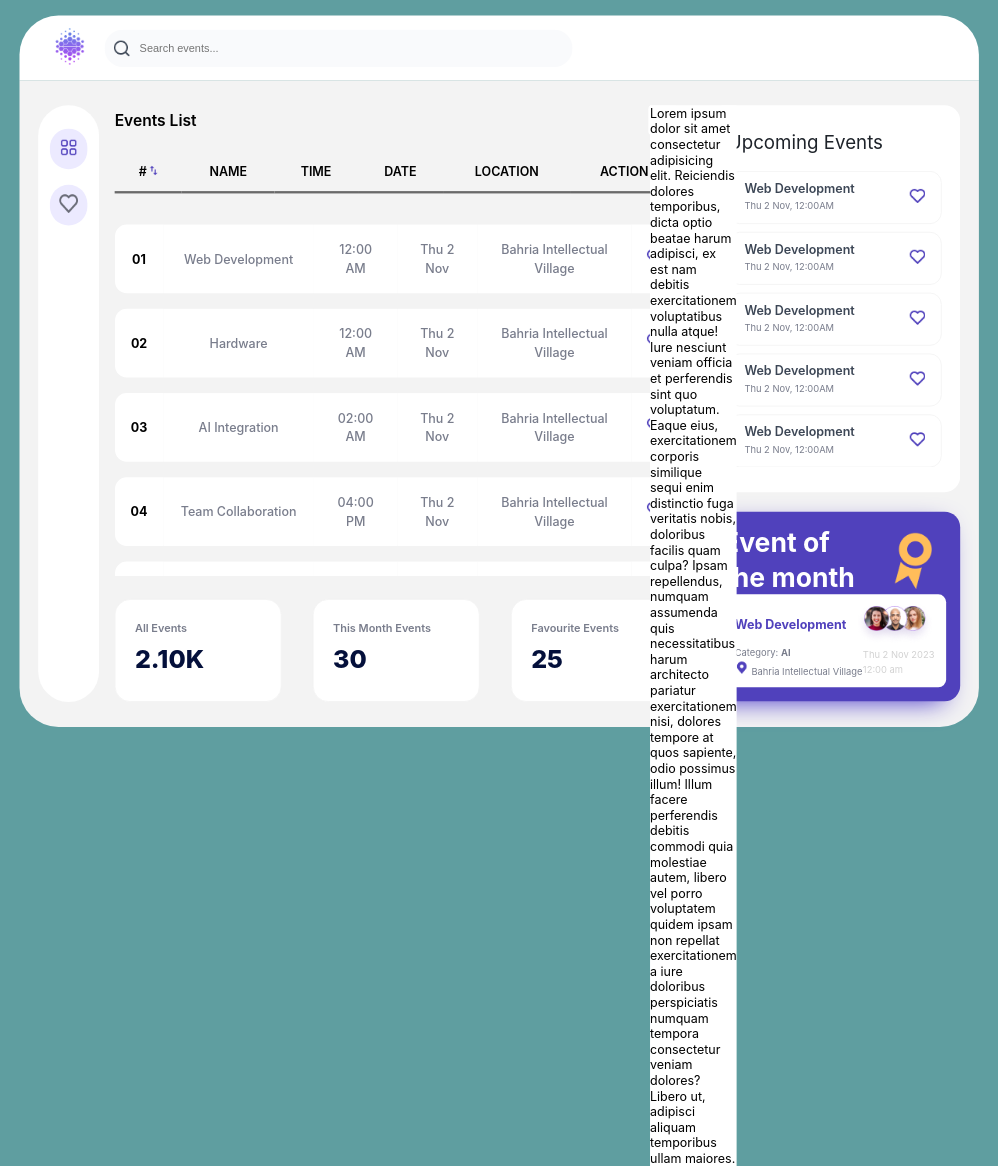
Repository: ahmadunitedsol710/react-dashboard
Page: /, after clicking the first element matching `tr.body_row`
The author's editor kept a copy of each file at every save. The page is drawn from the files as they stood at one save, then again after a run of saves.
The browser window is 1280 px wide. The pictures show the whole page, at 78% of full size.
An inner scrolling area shows only its first screen. The project was rebuilt for these pictures with package versions that can differ from the ones it lists, and the page was loaded fresh each time.

Above is the page before, as saved 2024-08-01 17:11:31.

After the next 2 saves:
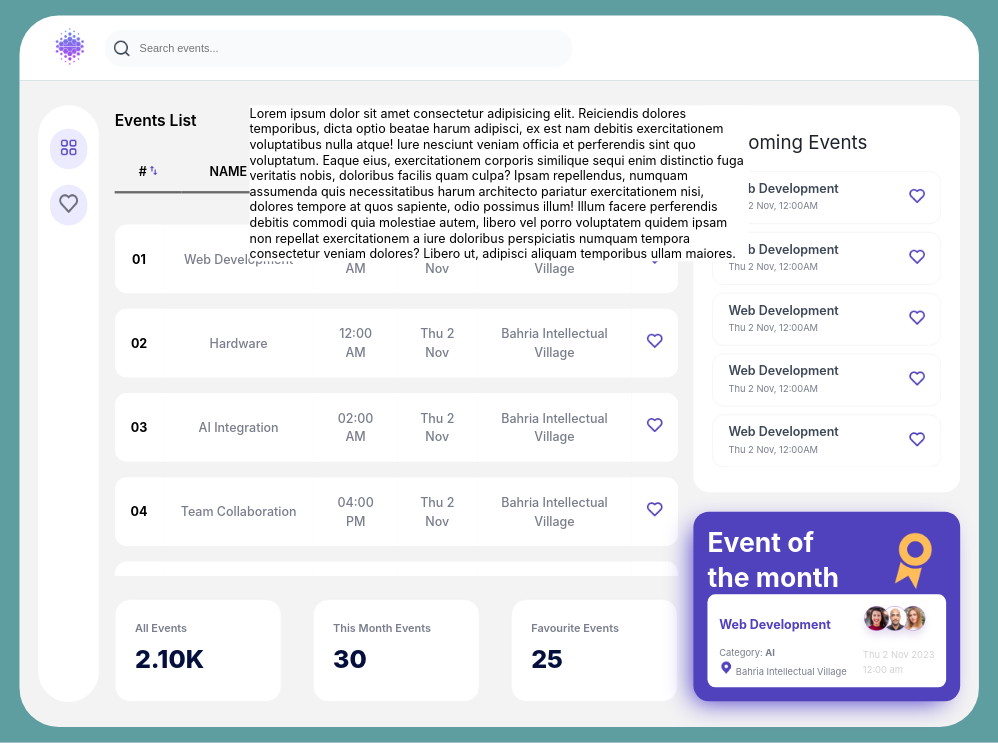
The 2 saves are shown as one change because they came seconds apart.
The last was saved 16 h 6 min later.
--- a/src/Components/Body/Detailpopup.js
+++ b/src/Components/Body/Detailpopup.js
@@ -4,11 +4,11 @@
 const Detailpopup = () => {
     return (
         <>
-        <div className="detailpopup">
+        {/* <div className="detailpopup"> */}
             <div className="inner_detail">
             Lorem ipsum dolor sit amet consectetur adipisicing elit. Reiciendis dolores temporibus, dicta optio beatae harum adipisci, ex est nam debitis exercitationem voluptatibus nulla atque! Iure nesciunt veniam officia et perferendis sint quo voluptatum. Eaque eius, exercitationem corporis similique sequi enim distinctio fuga veritatis nobis, doloribus facilis quam culpa? Ipsam repellendus, numquam assumenda quis necessitatibus harum architecto pariatur exercitationem nisi, dolores tempore at quos sapiente, odio possimus illum! Illum facere perferendis debitis commodi quia molestiae autem, libero vel porro voluptatem quidem ipsam non repellat exercitationem a iure doloribus perspiciatis numquam tempora consectetur veniam dolores? Libero ut, adipisci aliquam temporibus ullam maiores.
             </div>
-        </div>
+        {/* </div> */}
         </>
     )
 }

After the save that followed:
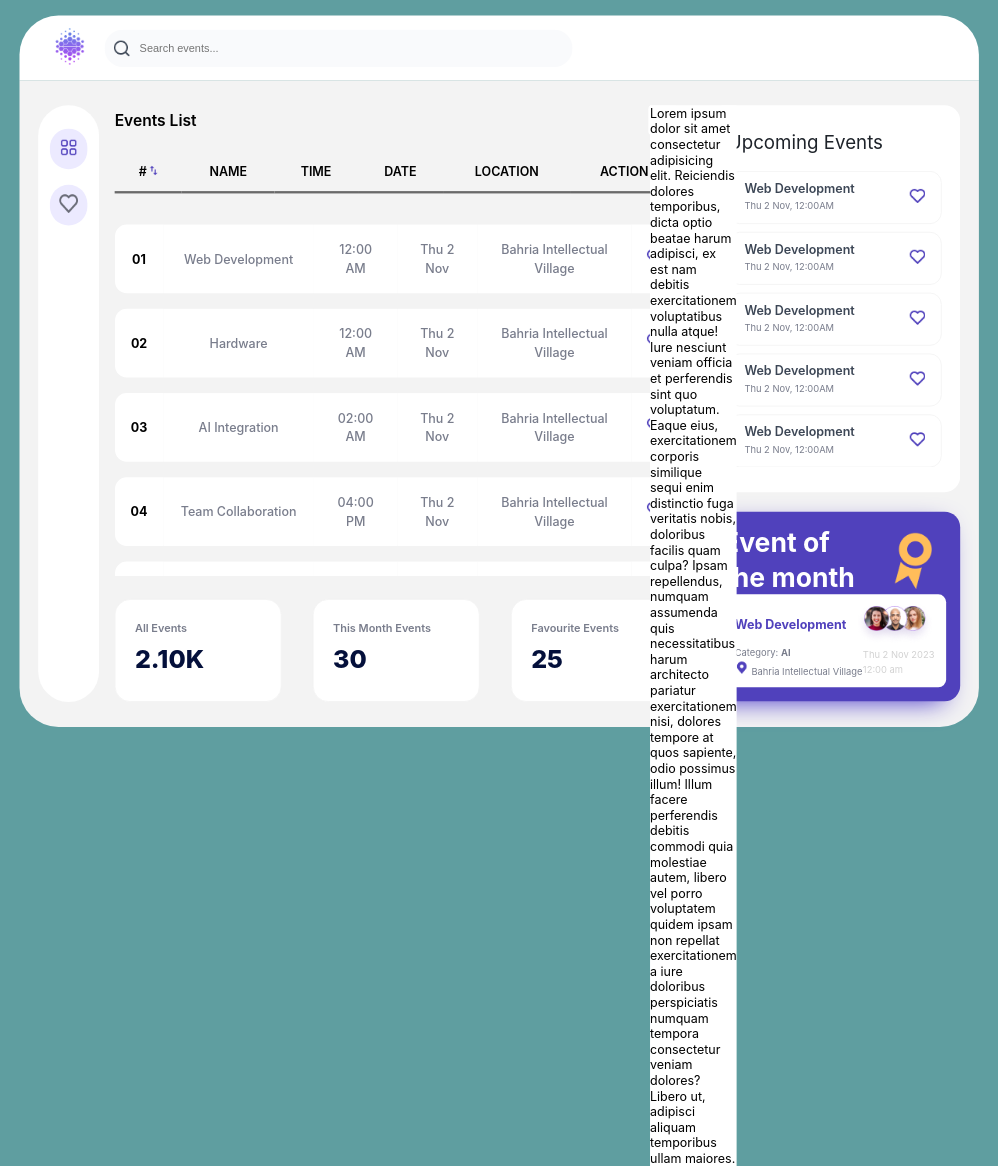
Saved 12 s later.
--- a/src/Components/Body/Detailpopup.js
+++ b/src/Components/Body/Detailpopup.js
@@ -4,11 +4,11 @@
 const Detailpopup = () => {
     return (
         <>
-        {/* <div className="detailpopup"> */}
+        <div className="detailpopup">
             <div className="inner_detail">
             Lorem ipsum dolor sit amet consectetur adipisicing elit. Reiciendis dolores temporibus, dicta optio beatae harum adipisci, ex est nam debitis exercitationem voluptatibus nulla atque! Iure nesciunt veniam officia et perferendis sint quo voluptatum. Eaque eius, exercitationem corporis similique sequi enim distinctio fuga veritatis nobis, doloribus facilis quam culpa? Ipsam repellendus, numquam assumenda quis necessitatibus harum architecto pariatur exercitationem nisi, dolores tempore at quos sapiente, odio possimus illum! Illum facere perferendis debitis commodi quia molestiae autem, libero vel porro voluptatem quidem ipsam non repellat exercitationem a iure doloribus perspiciatis numquam tempora consectetur veniam dolores? Libero ut, adipisci aliquam temporibus ullam maiores.
             </div>
-        {/* </div> */}
+        </div>
         </>
     )
 }
